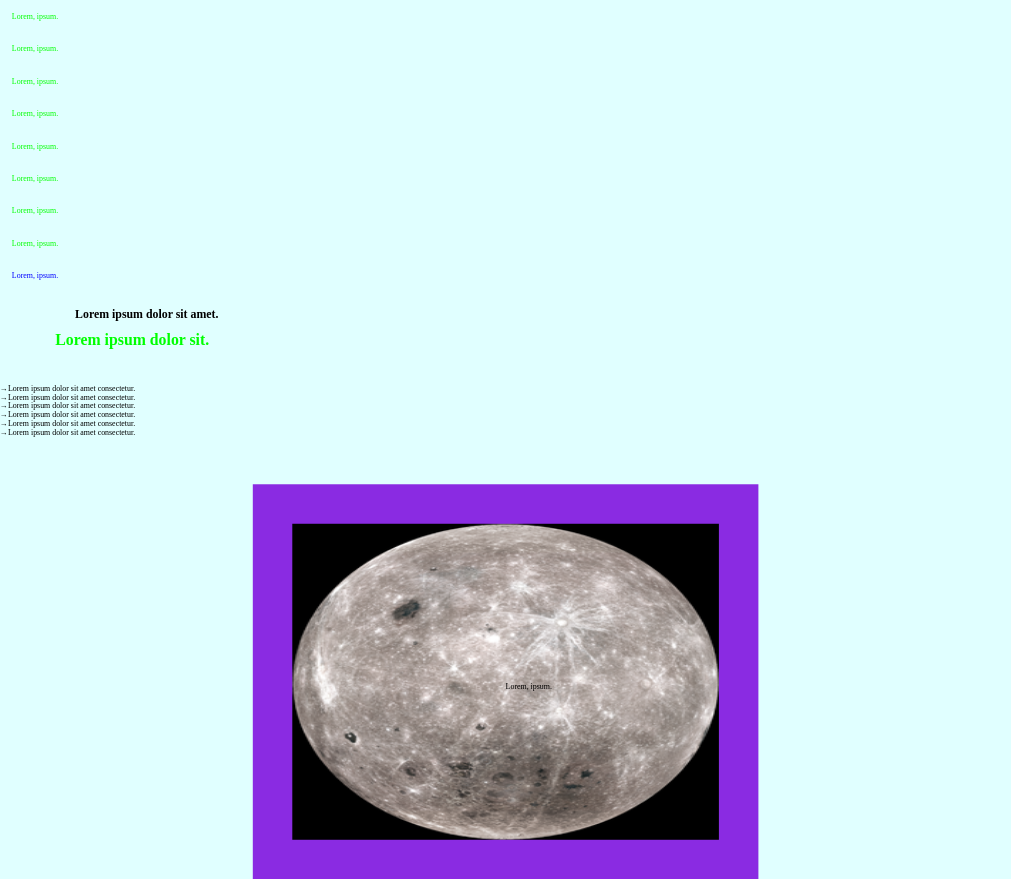
Repository: aSSasdy/assasdy.github.io
Page: index.html
The author's editor kept a copy of each file at every save. The page is drawn from the files as they stood at one save, then again after the next save.
The browser window is 1280 px wide. The pictures show the whole page, at 79% of full size.

Above is the page before, as saved 2021-11-22 18:10:35.

After the next save:
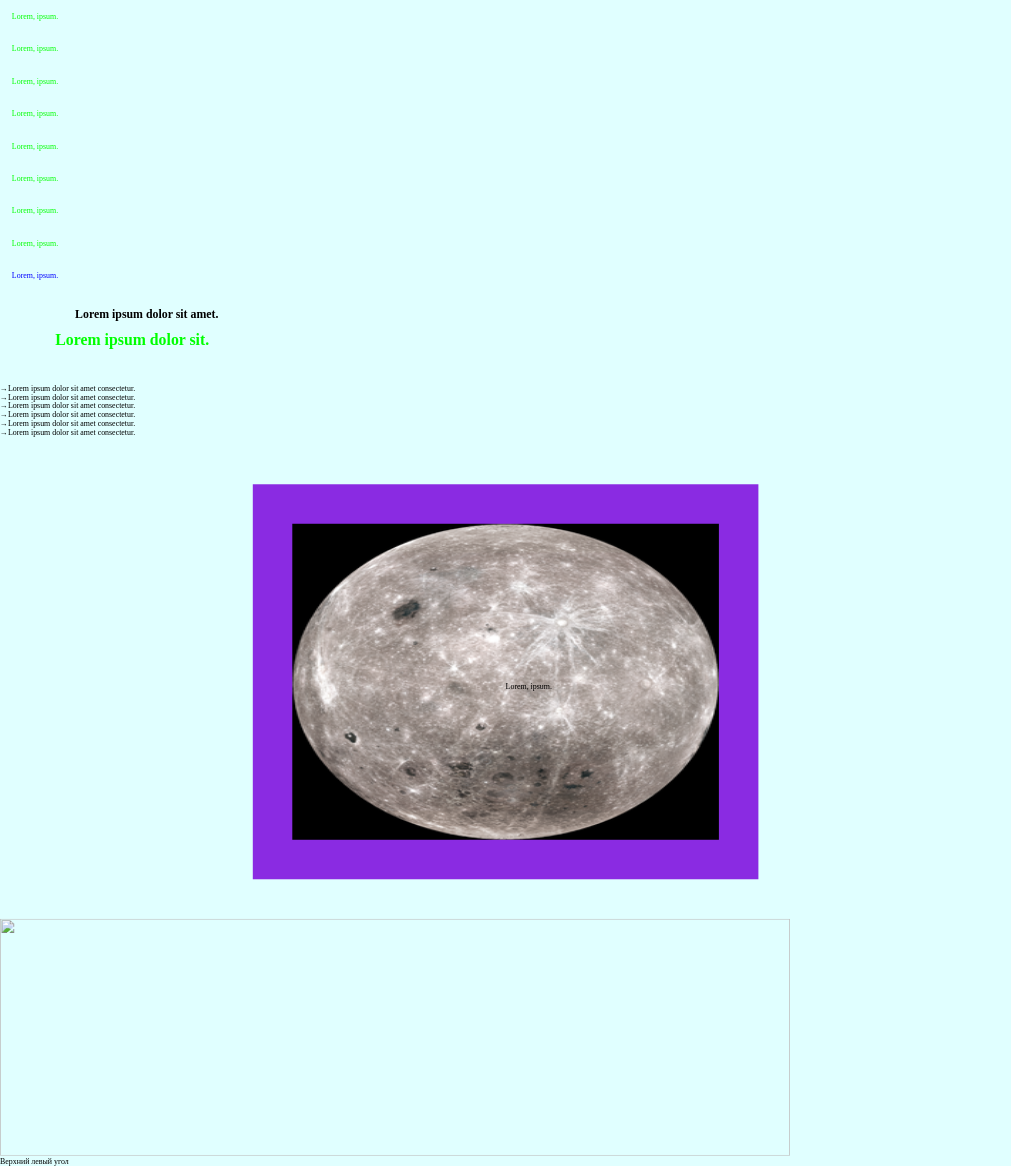
Not found: вставьте изображение
Saved 52 s later.
--- a/index.html
+++ b/index.html
@@ -38,5 +38,9 @@
         <img src="img/Moon_farside_LRO_color_mosaic.png" style="width: 100%; height: 100%;">
         <div class="centered">Lorem, ipsum.</div>
     </div>
+    <div class="container">
+        <img src="вставьте изображение" alt="" width="1000" height="300">
+        <div class="topleft">Верхний левый угол</div>
+      </div>
 </body>
 </html>
